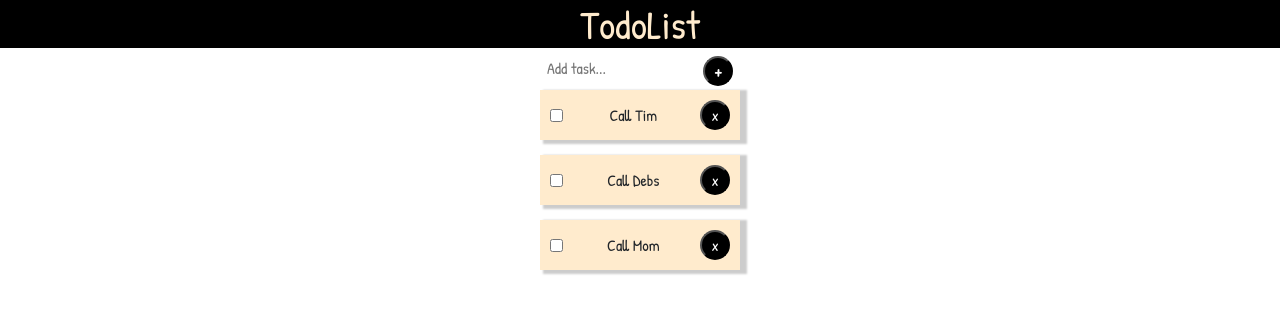
Repository: latenightsnacc/React-Projects
Page: / (app in todolist/)
An editor plug-in stored every save of this project. The page is shown before and after the next save, followed by the edit.
The browser window is 1280 px wide. The pictures show the whole page.
The project was rebuilt for these pictures with package versions that can differ from the ones it lists, and the page was loaded fresh each time.

Above is the page before, as saved 2020-07-02 12:55:49.

### todolist/public/index.html
<!DOCTYPE html>
<html lang="en">
  <head>
    <meta charset="utf-8" />
    <link rel="icon" href="%PUBLIC_URL%/favicon.ico" />
    <meta name="viewport" content="width=device-width, initial-scale=1" />
    <meta name="theme-color" content="#000000" />
    <meta
      name="description"
      content="Web site created using create-react-app"
    />
    <link rel="apple-touch-icon" href="%PUBLIC_URL%/logo192.png" />
    <link rel="stylesheet" href="https://stackpath.bootstrapcdn.com/bootstrap/4.5.0/css/bootstrap.min.css" integrity="sha384-9aIt2nRpC12Uk9gS9baDl411NQApFmC26EwAOH8WgZl5MYYxFfc+NcPb1dKGj7Sk" crossorigin="anonymous">
    <link rel="manifest" href="%PUBLIC_URL%/manifest.json" />
    <link href="https://fonts.googleapis.com/css2?family=Patrick+Hand&display=swap" rel="stylesheet">
    <title>React App</title>
  </head>
  <body>
    <noscript>You need to enable JavaScript to run this app.</noscript>
    <div id="root"></div>
    <!--
      This HTML file is a template.
      If you open it directly in the browser, you will see an empty page.

      You can add webfonts, meta tags, or analytics to this file.
      The build step will place the bundled scripts into the <body> tag.

      To begin the development, run `npm start` or `yarn start`.
      To create a production bundle, use `npm run build` or `yarn build`.
    -->
  </body>
</html>

### todolist/src/App.js
import React, {Component} from 'react';
import TodoList from './components/TodoList';
import Header from './components/layout/Header';
import './styles/App.scss';
import AddItem from './components/AddItem';

class App extends Component  {
  constructor(props){
    super(props);
    this.state = {
      todos: [
        {
          id: 1,
          title: 'Call Tim',
          completed: false
        },
        {
          id: 2,
          title: 'Call Debs',
          completed: false
        },
        {
          id: 3,
          title: 'Call Mom',
          completed: false
        }
      ]
    }

  }

  // Toggle Complete
  markComplete = (id) => {
    this.setState({
      todos: this.state.todos.map(task => {
        if(task.id === id){
          task.completed = !task.completed
        }
        return task;
      })
    })
  }

  // Delete Task
  deleteTask = (id) => {
    this.setState({
      todos: [...this.state.todos.filter(
        task => task.id !== id
      )]
    })
  }

  render() {
    return (
      <div className="App">
        <Header />
        <div className="container">
          <AddItem />
          <TodoList tasks= {this.state.todos} markComplete={this.markComplete} deleteTask= {this.deleteTask} />
        </div>

      </div>
    );
  }

}

export default App;

### todolist/src/components/TodoList.js
import React, { Component } from 'react';
import PropTypes from 'prop-types';
import TodoItem from './TodoItem';

class TodoList extends Component {
    render() {
        return (
            <>
                <div style={todoList}>
                    {
                        this.props.tasks.map(task => {
                            return <TodoItem key={task.id} task= {task} markComplete={this.props.markComplete} deleteTask= {this.props.deleteTask} />
                        })
                    }
                </div>
            </>
        )
    }
}

const todoList = {
    display: 'flex',
    width: '100%',
    alignItems: 'center',
    flexDirection: 'column'
}
// PropTypes
TodoList.propTypes = {
    tasks: PropTypes.array.isRequired
}
export default TodoList;

### todolist/src/components/layout/Header.js
import React from 'react'

function Header() {
    return (
        <div style={headerStyle}>
           <h1>TodoList</h1>
        </div>
    )
}

const headerStyle = {
    background: 'black',
    color: '#ffebcd',
    textAlign: 'center',
    lineHeight: '1.4'
}

export default Header;

### todolist/src/styles/App.scss
@import "~bootstrap/scss/bootstrap";
@import url('https://fonts.googleapis.com/css2?family=Patrick+Hand&display=swap');

* {
    margin: 0;
    padding: 0;
    font-family: 'Patrick Hand', cursive;
}

.App {
    .container{
        display: flex;
        width: 100vw;
        flex-direction: column;
        align-items: center;
    }

}

.addBtn {
    height: 30px;
    width: 30px;
    border-radius: 50%;
    text-align: center;
    background-color: black;
    color: white;
    font-weight: bold;
    outline: none;
}
.addItem {
    outline:none;
    border: 0;
    margin-bottom: 10px;
    &:focus{
        outline:none;
    }
}

### todolist/src/components/AddItem.js
import React, { Component } from 'react'

class AddItem extends Component {
    render() {
        return (
            <form style={{display: 'flex'}}>
                <input
                type="text"
                name="title"
                placeholder="Add task..."
                className="addItem"
                />
                <input
                type="submit"
                value="+"
                className="addBtn"
                />
            </form>
        )
    }
}

export default AddItem

### todolist/src/components/TodoItem.js
import React, { Component } from 'react';
import PropTypes from 'prop-types';

class TodoItem extends Component {
    getStyle = () => {
        return {
            background: '#ffebcd',
            width: '200px',
            padding: '10px',
            display: 'flex',
            alignItems: 'center',
            justifyContent: 'space-between',
            marginBottom: '15px',
            boxShadow: '5px 2px 2px 2px #cccccc',
            textDecoration: this.props.task.completed ?
            'line-through'
            :'none'
        }
    }

    render() {
        const { id, title } = this.props.task;
        return (
            <>
                <div style={this.getStyle()}>
                    <input type="checkbox" onChange={this.props.markComplete.bind(this, id)} /> &nbsp;
                    {title}
                    <button style={btn} onClick={this.props.deleteTask.bind(this, id)}>x</button>
                </div>
            </>
        )
    }
}
const btn = {
    float: 'right',
    background: 'black',
    height: '30px',
    width: '30px',
    borderRadius: '50%',
    textAlign: 'center',
    color: 'white',
    outline: 'none'
}
// PropTypes
TodoItem.propTypes = {
    task: PropTypes.object.isRequired
}
export default TodoItem

Loaded but not shown: todolist/src/index.js (common file)

After the next save:
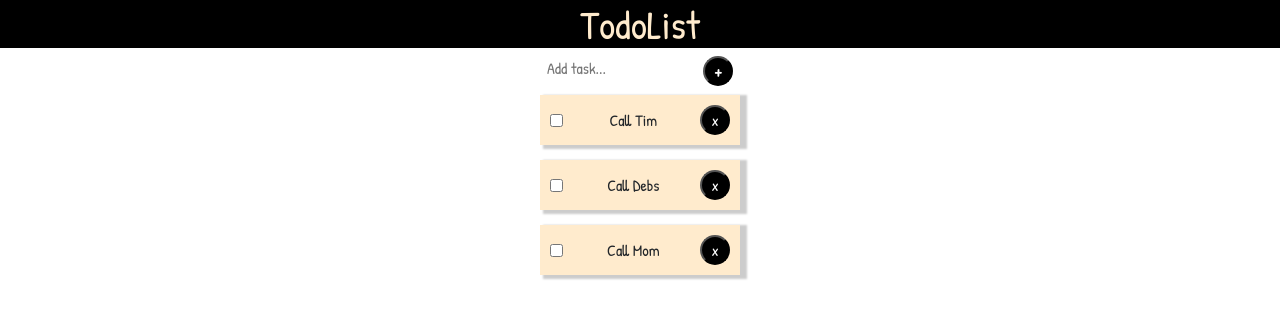
Saved 11 s later.
--- a/todolist/src/styles/App.scss
+++ b/todolist/src/styles/App.scss
@@ -30,7 +30,7 @@
 .addItem {
     outline:none;
     border: 0;
-    margin-bottom: 10px;
+    margin-bottom: 15px;
     &:focus{
         outline:none;
     }
